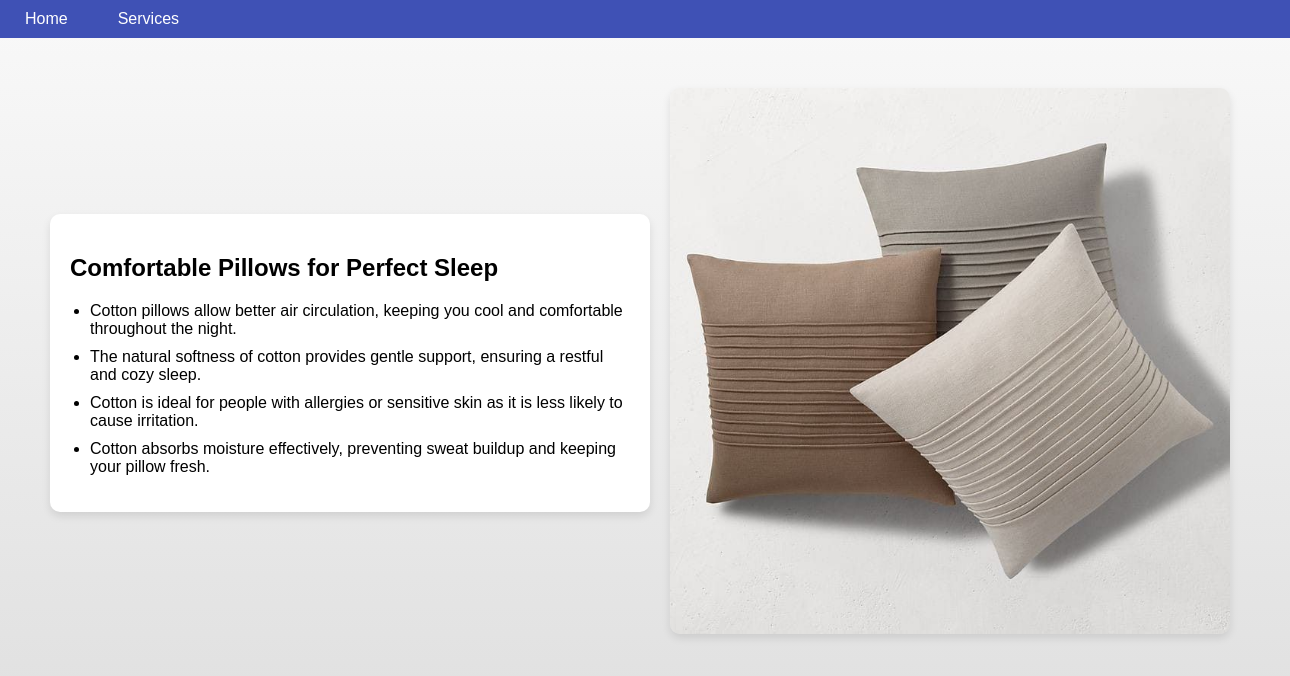
Repository: nadafgroup/rashidgadiUI
Page: src/pillow.html
These files come from the project's save history. The page is drawn as it stood at one moment and after the next save; the edit follows.
The browser window is 1280 px wide. The page is 1290 px wide, so the pictures cover 1290 px, including what lies to the right of the window. The pictures show the whole page.

Above is the page before, as saved 2025-01-25 17:31:54.

After the next save:
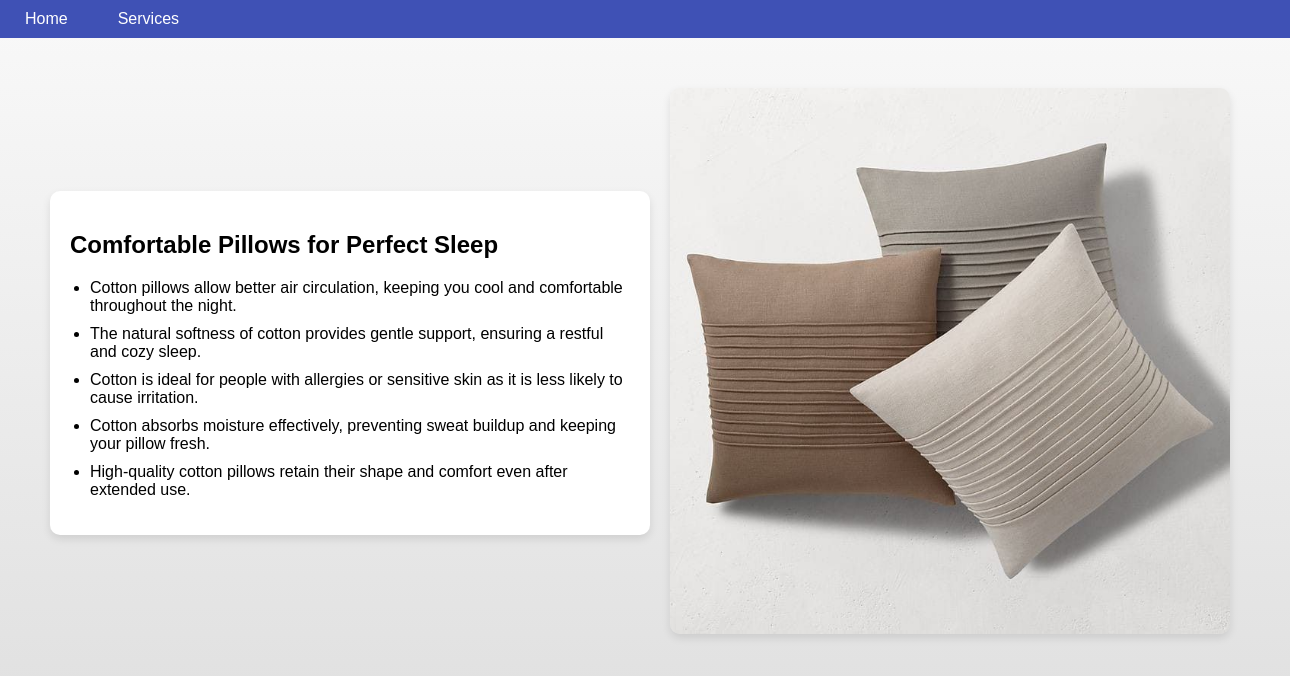
Saved 20 s later.
--- a/src/pillow.html
+++ b/src/pillow.html
@@ -39,6 +39,7 @@
                 <li>The natural softness of cotton provides gentle support, ensuring a restful and cozy sleep.                </li>
                 <li>Cotton is ideal for people with allergies or sensitive skin as it is less likely to cause irritation.</li>
                 <li>Cotton absorbs moisture effectively, preventing sweat buildup and keeping your pillow fresh.</li>
+                <li>High-quality cotton pillows retain their shape and comfort even after extended use.</li>
 
             </ul>
         </div>
